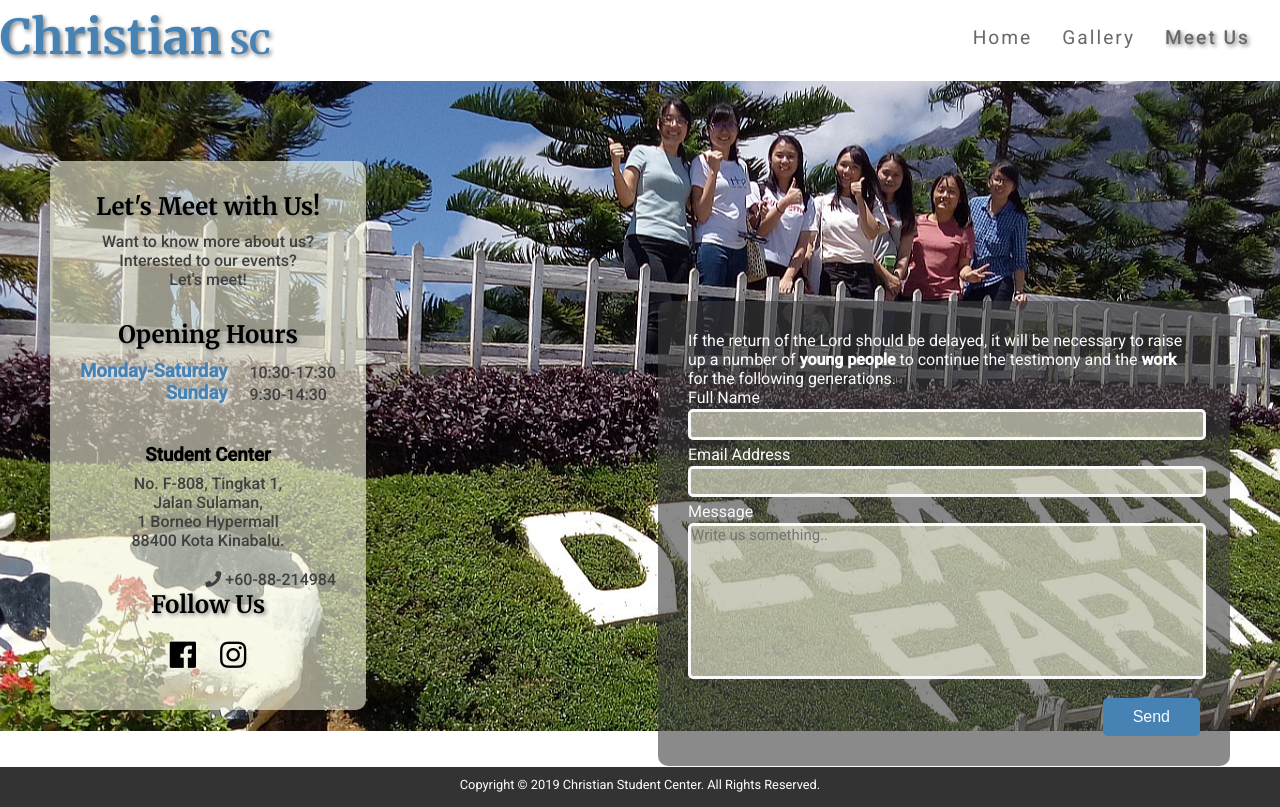
Repository: kongteckmee/christian-sc
Page: meet.html
The author's editor kept a record of every edit. The page is drawn from the files as they stood at one moment, then again after the next edit.
The browser window is 1280 px wide. The pictures show the whole page.
Some web libraries are served in a nearby version.

Above is the page before.

### meet.html
<!DOCTYPE html>
<html lang="en">

<head>
    <meta charset="UTF-8">
    <meta name="viewport" content="width=device-width, initial-scale=1.0">
    <meta http-equiv="X-UA-Compatible" content="ie=edge">
    <link rel="stylesheet" href="https://use.fontawesome.com/releases/v5.1.1/css/all.css" integrity="sha384-O8whS3fhG2OnA5Kas0Y9l3cfpmYjapjI0E4theH4iuMD+pLhbf6JI0jIMfYcK3yZ" crossorigin="anonymous">
    <link rel="stylesheet" href="assets/css/style.css" type="text/css" />
    <title>Christian Student Center</title>
</head>

<body>
    <header>
        <a id="logo" href="index.html">
            <h2><span style="font-size: 150%">Christian</span> SC</h2>
        </a>
        <nav>
            <ul id="scmenu">
                <li>
                    <a class="scactive" href="meet.html">Meet Us</a>
                </li>
                <li>
                    <a href="gallery.html">Gallery</a>
                </li>
                <li>
                    <a href="index.html">Home</a>
                </li>
            </ul>
        </nav>
    </header>
    <section id="meet">
        <div id="location">
            <div id="contact">
                <h2>Let's Meet with Us!</h2>
                <p>Want to know more about us?</p>
                <p>Interested to our events?</p>
                <p>Let's meet!</p>
            </div>
            <div id="open">
                <h2>Opening Hours</h2>
                <div id="day">
                    <h3>Monday-Saturday</h3>
                    <h3>Sunday</h3>
                </div>
                <div id="time">
                    <p>10:30-17:30</p>
                    <p>9:30-14:30</p>
                </div>
            </div>
            <div id="address">
                <h3>Student Center</h3>
                <br>
                <p>No. F-808, Tingkat 1,</p>
                <p>Jalan Sulaman,</p>
                <p>1 Borneo Hypermall</p>
                <p>88400 Kota Kinabalu.</p>
            </div>
            <div id="phone">
                <p><i class="fas fa-phone"></i> +60-88-214984</p>
            </div>
            <div id="follow">
                <h2>Follow Us</h2>
                <nav>
                    <ul id="social">
                        <li><a href="https://www.facebook.com/thechurchinkk/" target="_blank"> <i class="fab fa-facebook"></i></a></li>
                        <li><a href="https://www.instagram.com/studentcenterkk/" target="_blank"> <i class="fab fa-instagram"></i></a></li>
                    </ul>
                </nav>
            </div>
        </div>
        <div id="form">
            <form>
                <p>If the return of the Lord should be delayed, it will be necessary to raise up a number of <strong>young people</strong> to continue the testimony and the <strong>work</strong> for the following generations.</p>
                <label for="fullname">Full Name</label>
                <input class="place-input" type="text" name="full_name" id="fullname" required />
                <label for="email">Email Address</label>
                <input class="place-input" type="email" name="email_address" id="email" required />
                <label for="message">Message</label>
                <textarea class="place-input" id="message" name="message" placeholder="Write us something.." style="height:150px" required></textarea>
                <button type="submit">Send</button>
            </form>
        </div>
    </section>
    <footer>
        <div id="footer-copyright">
            <p>Copyright © 2019 Christian Student Center. All Rights Reserved.</p>
        </div>
    </footer>
</body>

</html>

### assets/css/style.css
@import url('https://fonts.googleapis.com/css?family=Merriweather:500,600,700|Roboto:300,400,500');

* {
    margin: 0;
    padding: 0;
    border: 0;
}

body {
    font-family: 'Roboto', sans-serif;
    color: #696969; /*Grey color */
}

/* ------------------------------------------------------ Header */

#logo {
    float: left;
    text-decoration: none;
}

#logo h2 {
    font-family: 'Merriweather', serif;
    font-size: 200%;
    color: #4682b4; /* Steel Blue color */
    text-shadow: 2px 2px 4px #808080;
}

#scmenu {
    font-size: 120%;
    list-style-type: none;
    letter-spacing: 2px;
}

#logo, #scmenu {
    line-height: 75px;
}

#scmenu li {
    float: right;
    margin-right: 30px;
}

#scmenu a {
    text-decoration: none;
    color: inherit;
}

#scmenu a:hover {
    color: #4682b4; /* Steel Blue color */
    font-weight: 500;
    text-shadow: 2px 2px 4px #808080;
}

.scactive {
    font-weight: 500;
    text-shadow: 2px 2px 4px #808080;
}

/* ------------------------------------------------------ Section: Welcome */

#scmeeting {
    height: 700px;
    width: 100%;
    background: url("../img/meeting-t.jpg") no-repeat center center;
}

#scgallery {
    height: 550px;
    width: 100%;
    background: url("../img/r_combined-t.jpg") no-repeat center center;
    margin-left: 140px;
    overflow: hidden;
}

#outing {
    height: 720px;
    width: 100%;
}

#photo img {
    width: 49%;
    margin-left: 4px;
}

#scmeetingrange {
    height: 700px;
    width: 100%;
    overflow: hidden;
}

#welcome-text {
    width: 400px;
    height: 220px;
    color: #fefcff; /* Milky white */
    background-color: rgba(212,175,55,.7);
    padding-top:20px;
    bottom: 35px; /* Fixed the welcome text box-bottom */
    right: 100px; /* Fixed the welcome text box-right */
    position: absolute;
}

#gallery-text {
    width: 350px;
    height: 350px;
    color: #fefcff; /* Milky white */
    background-color: rgba(219,112,147,.7);
    padding-top:20px;
    bottom: 200px;
    right: 940px;
    position: absolute;
}

#outing-text h1, #photo h1 {
    text-shadow: 2px 2px 4px #808080;
}

#video iframe {
    margin: 0 auto;
    display: block;
}

#welcome-text h1 {
    margin-bottom: 5px;
    font-size: 300%;
    font-family: 'Merriweather', serif;
    text-transform: uppercase;
    text-align: center;
    letter-spacing: 4px;
}

#gallery-text h1, #outing-text h1, #photo-text h1 {
    margin-top: 10px;
    margin-bottom: 20px;
    font-size: 250%;
    font-family: 'Merriweather', serif;
    /*text-transform: uppercase;*/
    text-align: center;
    letter-spacing: 4px;
}

hr {
    width: 80%;
    height: 3px;
    margin-left: auto;
    margin-right: auto;
    background-color:#fefcff; /* Milky white */
}

#welcome-text h3 {
    margin: 20px;
    font-size: 130%;
    font-weight: 300;
    text-align: center;
}

#gallery-text h3, #outing-text h3, #photo-text h3 {
    margin: 35px;
    font-size: 130%;
    font-weight: 300;
    text-align: center;
}

/* ------------------------------------------------------ Section: About */

#about {
    height: 500px;
}

#about h1 {
    margin-top: 30px;
    margin-bottom: 30px;
    font-family: 'Merriweather', serif;
    color: #4682b4; /* Steel Blue color */
    text-transform: uppercase;
    text-align: center;
    text-shadow: 2px 2px 4px #808080;
    font-size: 200%;
    letter-spacing: 1px;
}

#about h2 {
    font-family: 'Merriweather', serif;
    font-size: 130%;
    text-transform: uppercase;
    text-shadow: 2px 2px 4px #808080;
}

#left {
    margin-right: 30px;
    padding-top: 30px;
    width: 30%;
    float: left;
}

#right {
    margin-right: 30px;
    padding-top: 30px;
    width: 30%;
    float: right;
}

#center {
    padding-top: 30px;
    width: 33%;
    margin: 0 auto; /* center the div */
}

br {
    display: block;
    content: "";
    margin: 2em;
    font-size: 24%; /* spacing */
}

.left-right-side {
    width: 50%;
    float: right;
    padding-top: 40px;
    clear: both;
    margin-left: 20px;
    margin-bottom: 50px;
}

.middle {
    width: 50%;
    float: right;
    padding-top: 40px;
    margin-right: 20px;
}

#container {
    width: 150px;
    height: 150px;
    border: 3px solid #cccccc;
    border-radius: 50%;
    margin-left: 20px;
    margin-bottom: 20px;
}

#contain-study {
    background: url("../img/study-group.jpg") no-repeat center center;
    height: 100%;
    border-radius: 50%;
}

#contain-wifi {
    background: url("../img/free-wifi.jpg") no-repeat center center;
    height: 100%;
    border-radius: 50%;
}

#contain-seminar {
    background: url("../img/truth-seminar.jpg") no-repeat center center;
    height: 100%;
    border-radius: 50%;
}

#contain-bible {
    background: url("../img/bible-study.jpg") no-repeat center center;
    height: 100%;
    border-radius: 50%;
}

#contain-cafe {
    background: url("../img/cafe.jpg") no-repeat center center;
    height: 100%;
    border-radius: 50%;
}

#contain-books {
    background: url("../img/spiritual-book.jpg") no-repeat center center;
    height: 100%;
    border-radius: 50%;
}

/* ------------------------------------------------------ Section: Event */

#event {
    height: 250px;
    /*background-color: #a9a9a9;*/
}

#event div {
    color: #ffebcd;
    width: 19.2%;
    height: 90%;
    float: left;
    padding-top: 30px;
    text-align: center;
    margin: 5px;
}

#event h2 {
    color: #ffffff;
    font-family: 'Merriweather', serif;
    margin-bottom: 20px;
}

#event h3 {
    margin-top: 20px;
    font-weight: 400;
}

.black {
    background-color: rgba(48,48,48,.8);
}

.black h2 {
    line-height: 120px;
    text-transform: uppercase;
    text-shadow: 5px 5px 0px rgba(0,0,0,0.2);
}

.black h3 {
    color: #ffffff;
    font-size: 200%;
    text-shadow: 5px 5px 0px rgba(0,0,0,0.2);
}

.grey {
    background-color: rgba(105,105,105,.8);
}

.green {
    background-color: rgba(102,102,0,.8);
}

/* ------------------------------------------------------ Meet Us page */

#meet {
    height: 650px;
    width: 100%;
    clear: both;
    background: url("../img/desa.jpg") no-repeat center center;
}

#location {
    width: 20%;
    margin: 80px 0 0 50px;
    padding: 30px 30px 30px 30px;
    float: left;
    background-color: rgba(245,245,220,0.6);
    border-radius: 10px;
    color: #000;
    text-align: center;
}

#location h2 {
    font-family: 'Merriweather', serif;
    text-shadow: 2px 2px 4px #808080;
    margin-bottom: 10px;
}

#open {
    padding-top: 30px;
}

#day{
    float: left;
    text-align: right;
}

#day h3 {
    color: #4682b4;
    text-shadow: 2px 2px 4px #fff;
}

#time {
    float: right;
    text-align: left;
    color: #404040;
}

#time p {
    margin-top: 3px;
    font-weight: 500;
}

#address {
    clear: both;
    margin-top: 20px;
    display: inline-block;
}

#address h3 {
    clear: both;
    margin-top: 20px;
    display: inline-block;
}

#phone {
    float: right;
    margin-top: 20px;
}

#contact p, #address p, #phone p {
    font-weight: 500;
    color: #404040;
}

#follow {
    clear: both;
    margin-top: 20px;
}

#social li {
    display: inline;
}

#social i {
    font-size: 30px;
    margin: 10px;
    color: #000;
}

#social i:hover {
    color: #4682b4;
}

#form {
    width: 40%;
    margin: 220px 50px 0 0;
    padding: 30px 30px 30px 30px;
    float: right;
    background-color: rgba(60,60,60,0.6);
    border-radius: 10px;
    color: #fafafa;
}

.place-input {
    background-color: rgba(245,245,220,0.6);
    width: 100%;
    height: 25px;
    margin: 2px 0 5px 0;
    border: 3px solid #fafafa;
    border-radius: 5px;
    font-family: 'Roboto', sans-serif;
    font-size: 15px;
}

.place-input:hover {
    border-color: #4682b4;
}

textarea {
    resize: none;
}

button {
    background-color: #4682b4;
    margin-top: 10px;
    padding: 10px 30px 10px 30px;
    border-radius: 5px;
    color: #fafafa;
    font-size: 100%;
    text-align: center;
    display: block;
    float: right;
}

button:hover {
    background-color: #fafafa;
    color: #4682b4;
}

/* ------------------------------------------------------ Footer */

footer {
    /*margin-top: 5px;*/
    border-top: 1px solid #fff;
    height: 40px;
    width: 100%;
    background-color: #333333;
    clear: both;
}

footer #footer-copyright {
    color: #fff;
    line-height: 35px;
    font-size: 80%;
    text-align: center;
}

After the next edit:
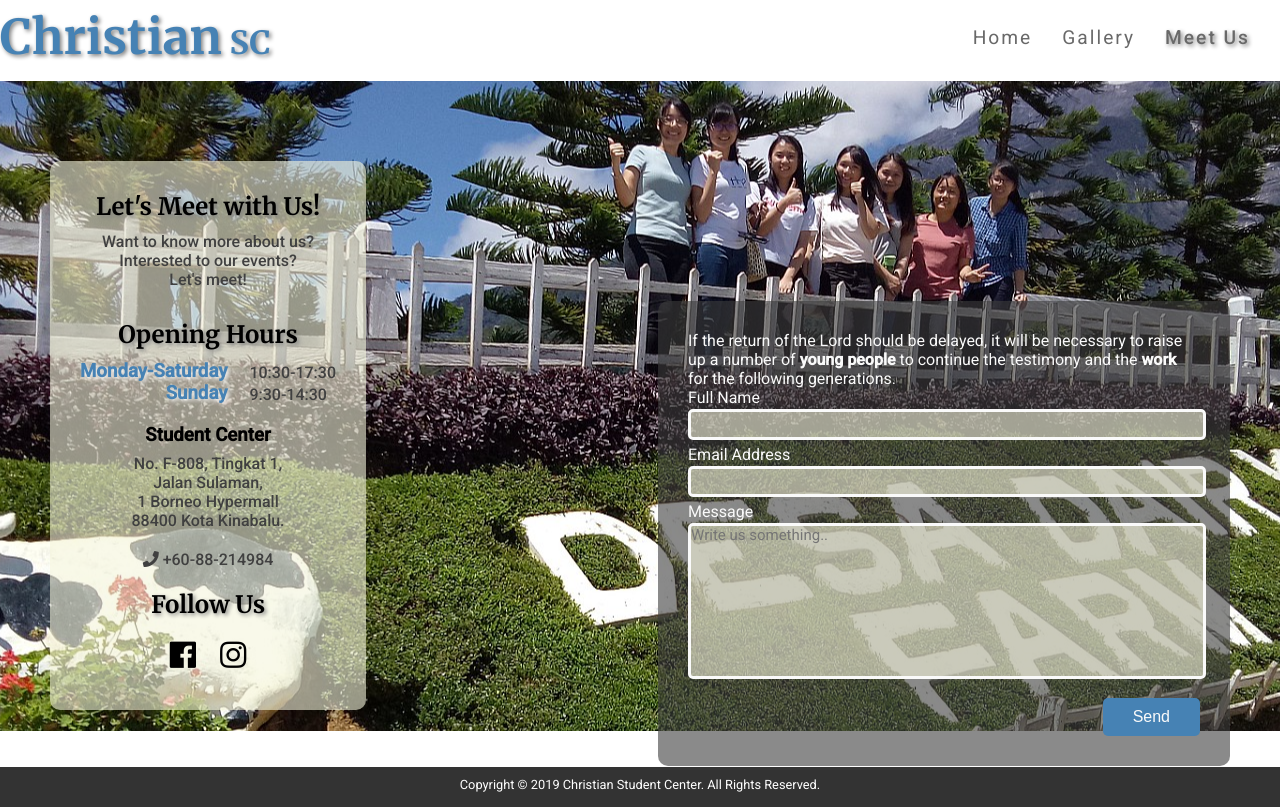
The edit:
--- a/assets/css/style.css
+++ b/assets/css/style.css
@@ -382,14 +382,7 @@
     display: inline-block;
 }
 
-#address h3 {
-    clear: both;
-    margin-top: 20px;
-    display: inline-block;
-}
-
 #phone {
-    float: right;
     margin-top: 20px;
 }
 
